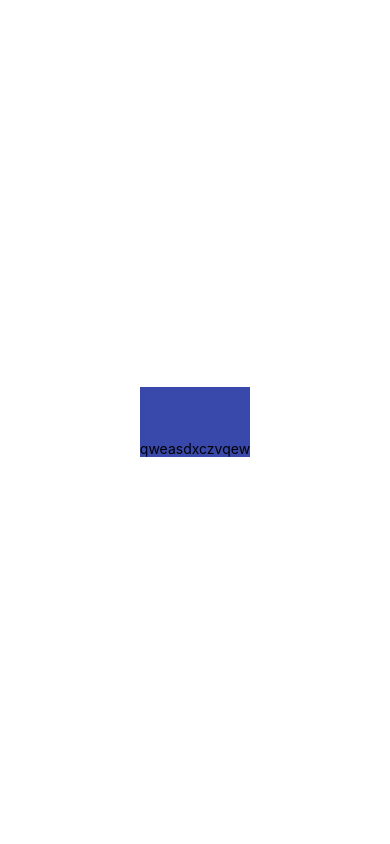
Repository: saint-fons/React-Native-Expo-TypeScript-Hooks
Screen: /
The author's editor kept a copy of each file at every save. The screen is drawn from the files as they stood at one save, then again after a run of saves.
The app was drawn by React Native's web renderer in a window 390 px wide. The project was rebuilt for these pictures with package versions that can differ from the ones it lists, and the page was loaded fresh each time.

Above is the screen before, as saved 2021-07-26 16:01:14.

### App.tsx
import { StatusBar } from 'expo-status-bar';
import React from 'react';
import { StyleSheet, Text, View } from 'react-native';
import NewSampleFile from './components/NewSampleFile';

export default function App() {
  return (
    <View style={styles.container}>
      <NewSampleFile />
    </View>
  );
}

const styles = StyleSheet.create({
  container: {
    flex: 1,
    backgroundColor: '#fff',
    alignItems: 'center',
    justifyContent: 'center',
  },
});

### components/NewSampleFile.tsx
import * as React from 'react';
import { FC } from "react"
import { StyleSheet, Text, View } from 'react-native';



const NewSampleFile: FC<any> = ({ }) => {
    return (
        <View style={styles.navbar}>
            <Text style={styles.text}>
                qweasdxczvqew
            </Text>
        </View>
    )
}

const styles = StyleSheet.create({
    navbar: {
        height: 70,
        alignItems: 'center',
        justifyContent: "flex-end",
        color: '#000',
        backgroundColor: '#3949ab'
    },
    text: {}
});


export default NewSampleFile

After the next 2 saves:
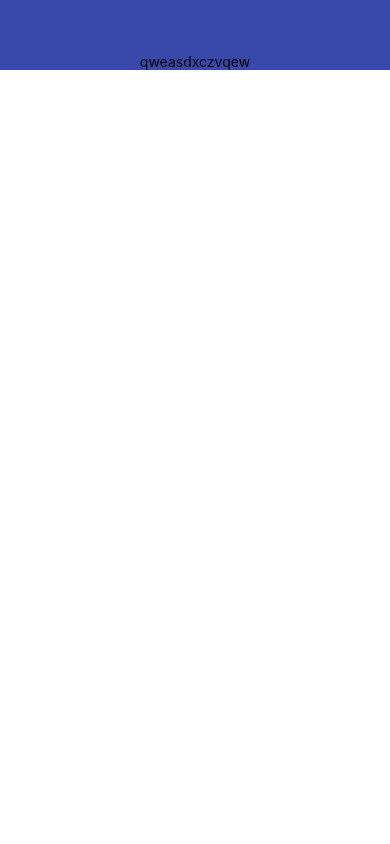
The 2 saves are shown as one change because 1 did not build or start.
The last was saved 22 s later.
--- a/App.tsx
+++ b/App.tsx
@@ -13,9 +13,6 @@ export default function App() {
 
 const styles = StyleSheet.create({
   container: {
-    flex: 1,
-    backgroundColor: '#fff',
-    alignItems: 'center',
-    justifyContent: 'center',
+
   },
 });
